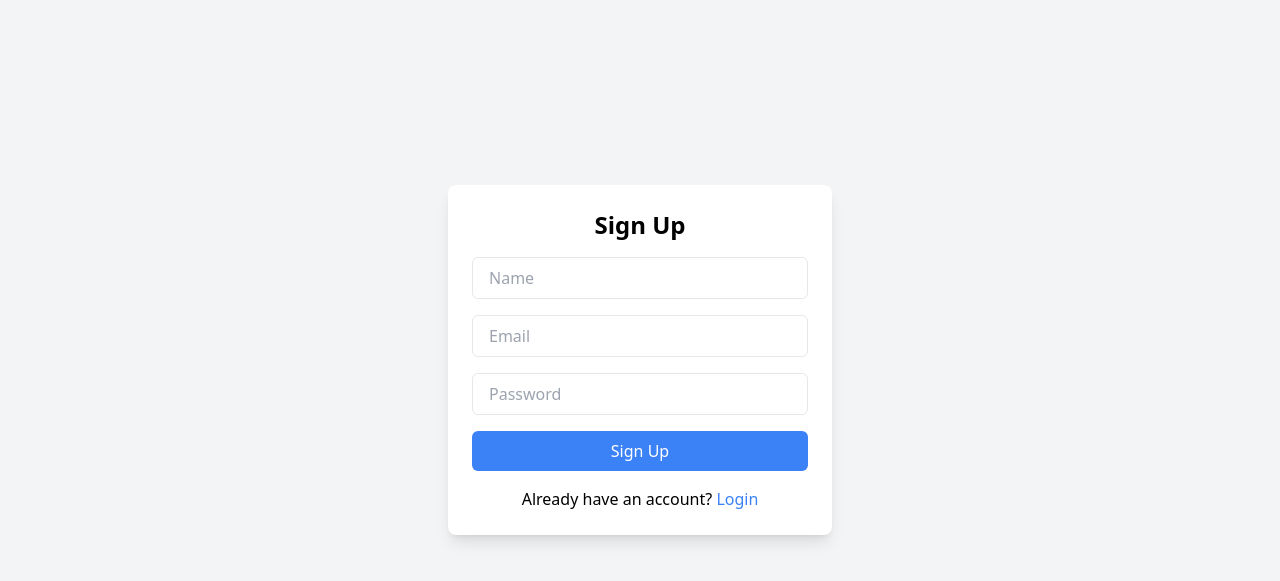
Repository: prathyushaa5/BuyYours
Page: /signup (app in Frontend/)
The author's editor kept a copy of each file at every save. The page is drawn from the files as they stood at one save, then again after the next save.
The browser window is 1280 px wide. The pictures show the whole page.
The project was rebuilt for these pictures with package versions that can differ from the ones it lists, and the page was loaded fresh each time. Also part of the build but not shown: Frontend/vite.config.js, Frontend/src/components/Home.jsx.

Above is the page before, as saved 2025-02-12 07:59:44.

### Frontend/src/App.jsx
import { BrowserRouter as Router, Routes, Route } from "react-router-dom";
import { useState } from "react";
import Main from "./components/Main";
import Login from "./components/Login";
import Signup from "./components/Signup";
import Home from "./components/Home";

export default function App() {
  const [token, setToken] = useState(null);

  const handleLogin = (userToken) => {
    setToken(userToken);
  };

  return (
    <Router>
      <Routes>
        {/* Show Main page first */}
        <Route path="/" element={<Main />} />

        {/* Login Page */}
        <Route path="/login" element={<Login onLogin={handleLogin} />} />

        {/* Signup Page */}
        <Route path="/signup" element={<Signup />} />

        {/* Home Page (Protected) */}
        <Route path="/home" element={token ? <Home /> : <Login onLogin={handleLogin} />} />
      </Routes>
    </Router>
  );
}

### Frontend/src/components/Signup.jsx
import  { useState } from "react";
import PropTypes from "prop-types";
import axios from "axios";

const Signup = ({ onShowLogin }) => {
  const [email, setEmail] = useState("");
  const [password, setPassword] = useState("");
  const [name, setName] = useState("");
  const [error, setError] = useState("");
  const [success, setSuccess] = useState("");

  const handleSignup = async (e) => {
    e.preventDefault();
    try {
        const response = await axios.post("http://localhost:5223/api/auth/register", {
            username: name,
            passwordHash: password,
            email
          });

      console.log(response)

      setSuccess("Account created successfully. Please log in.");
      setError("");
    } catch (err) {
      setError(err);
      setSuccess("");
    }
  };

  return (
    <div className="flex items-center justify-center min-h-screen bg-gray-100">
      <div className="bg-white p-6 rounded-lg shadow-lg w-96">
        <h2 className="text-2xl font-bold mb-4 text-center">Sign Up</h2>
        {error && <p className="text-red-500 text-center">{error}</p>}
        {success && <p className="text-green-500 text-center">{success}</p>}
        <form onSubmit={handleSignup} className="space-y-4">
          <input
            type="text"
            placeholder="Name"
            value={name}
            onChange={(e) => setName(e.target.value)}
            className="w-full px-4 py-2 border rounded-md"
            required
          />
          <input
            type="email"
            placeholder="Email"
            value={email}
            onChange={(e) => setEmail(e.target.value)}
            className="w-full px-4 py-2 border rounded-md"
            required
          />
          <input
            type="password"
            placeholder="Password"
            value={password}
            onChange={(e) => setPassword(e.target.value)}
            className="w-full px-4 py-2 border rounded-md"
            required
          />
          <button type="submit" className="w-full bg-blue-500 text-white py-2 rounded-md hover:bg-blue-600">
            Sign Up
          </button>
        </form>
        <p className="mt-4 text-center">
          Already have an account?{" "}
          <button onClick={onShowLogin} className="text-blue-500 hover:underline">
            Login
          </button>
        </p>
      </div>
    </div>
  );
};

// ✅ Add PropTypes validation
Signup.propTypes = {
  onShowLogin: PropTypes.func.isRequired,
};

export default Signup;

### Frontend/src/components/Main.jsx
import { useNavigate } from "react-router-dom";

export default function Main() {
  const navigate = useNavigate();

  return (
    <div className="flex flex-col items-center justify-center min-h-screen bg-gray-100">
      <h1 className="text-3xl font-bold mb-6">Welcome to My Website</h1>
      <p className="mb-4 text-gray-600">Get started by signing up or logging in.</p>
      <div className="flex space-x-4">
        <button
          onClick={() => navigate("/login")}
          className="px-6 py-2 bg-blue-500 text-white rounded-md hover:bg-blue-600"
        >
          Login
        </button>
        <button
          onClick={() => navigate("/signup")}
          className="px-6 py-2 bg-green-500 text-white rounded-md hover:bg-green-600"
        >
          Sign Up
        </button>
      </div>
    </div>
  );
}

### Frontend/src/components/Login.jsx
import  { useState } from "react";
import PropTypes from "prop-types";
import axios from "axios";

const Login = ({ onLogin, onShowSignup }) => {
  const [email, setEmail] = useState("");
  const [password, setPassword] = useState("");
  const [error, setError] = useState("");

  const handleLogin = async (e) => {
    e.preventDefault();
    try {
        const response = await axios.post("http://localhost:5223/api/auth/login", {
          email,
          password,
        });

      localStorage.setItem("token", response.data.token);
      onLogin(response.data.token);
    } catch (err) {
      setError("Invalid email or password.",err);
    }
  };

  return (
    <div className="flex items-center justify-center min-h-screen bg-gray-100">
      <div className="bg-white p-6 rounded-lg shadow-lg w-96">
        <h2 className="text-2xl font-bold mb-4 text-center">Login</h2>
        {error && <p className="text-red-500 text-center">{error}</p>}
        <form onSubmit={handleLogin} className="space-y-4">
          <input
            type="email"
            placeholder="Email"
            value={email}
            onChange={(e) => setEmail(e.target.value)}
            className="w-full px-4 py-2 border rounded-md"
            required
          />
          <input
            type="password"
            placeholder="Password"
            value={password}
            onChange={(e) => setPassword(e.target.value)}
            className="w-full px-4 py-2 border rounded-md"
            required
          />
          <button type="submit" className="w-full bg-blue-500 text-white py-2 rounded-md hover:bg-blue-600">
            Login
          </button>
        </form>
        <p className="mt-4 text-center">
          Dont have an account?{" "}
          <button onClick={onShowSignup} className="text-blue-500 hover:underline">
            Sign up
          </button>
        </p>
      </div>
    </div>
  );
};

// ✅ Add PropTypes validation
Login.propTypes = {
  onLogin: PropTypes.func.isRequired,
  onShowSignup: PropTypes.func.isRequired,
};

export default Login;

Loaded but not shown: Frontend/index.html (common file); Frontend/src/main.jsx (common file); Frontend/src/index.css (common file); Frontend/tailwind.config.js (common file)

After the next save:
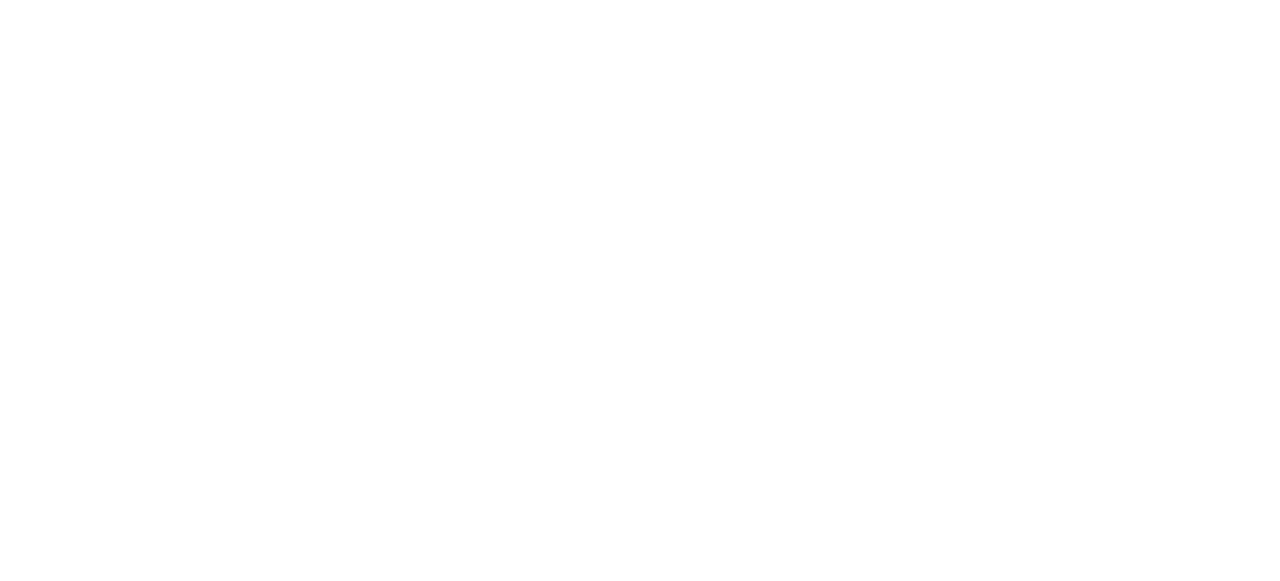
Console error: ReferenceError: useNavigate is not defined
Saved 3 min 50 s later.
--- a/Frontend/src/components/Signup.jsx
+++ b/Frontend/src/components/Signup.jsx
@@ -1,6 +1,7 @@
 import  { useState } from "react";
 import PropTypes from "prop-types";
 import axios from "axios";
+const navigate = useNavigate();
 
 const Signup = ({ onShowLogin }) => {
   const [email, setEmail] = useState("");
@@ -65,7 +66,7 @@
         </form>
         <p className="mt-4 text-center">
           Already have an account?{" "}
-          <button onClick={onShowLogin} className="text-blue-500 hover:underline">
+          <button onClick={()=>navigate("/login") }className="text-blue-500 hover:underline">
             Login
           </button>
         </p>

After the save that followed:
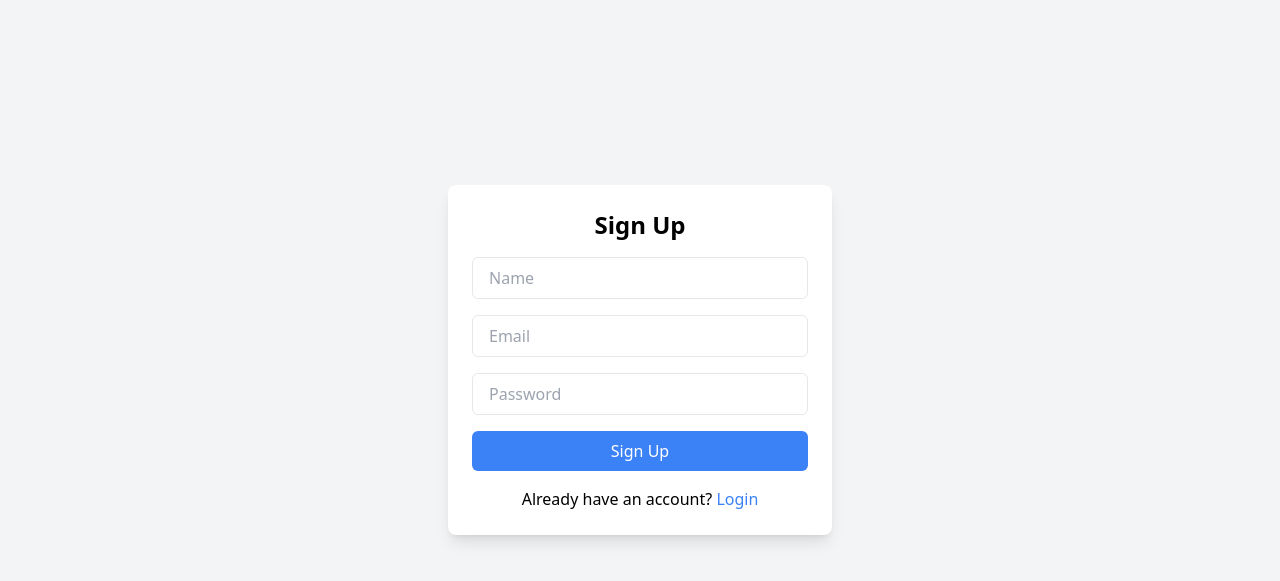
The error is gone.
Saved 57 s later.
--- a/Frontend/src/components/Signup.jsx
+++ b/Frontend/src/components/Signup.jsx
@@ -1,15 +1,16 @@
 import  { useState } from "react";
 import PropTypes from "prop-types";
 import axios from "axios";
-const navigate = useNavigate();
+import { useNavigate } from "react-router-dom";
 
-const Signup = ({ onShowLogin }) => {
+
+const Signup = () => {
   const [email, setEmail] = useState("");
   const [password, setPassword] = useState("");
   const [name, setName] = useState("");
   const [error, setError] = useState("");
   const [success, setSuccess] = useState("");
-
+  const navigate = useNavigate();
   const handleSignup = async (e) => {
     e.preventDefault();
     try {
